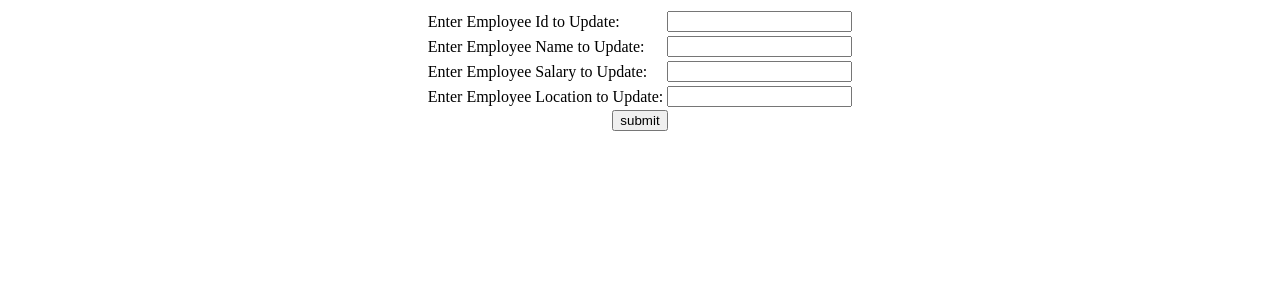
Repository: mounikagunda/corejavaproject
Page: project2/WebContent/update.html
These files come from the project's save history. The page is drawn as it stood at one moment and after the next save; the edit follows.
The browser window is 1280 px wide. The pictures show the whole page.

Above is the page before, as saved 2016-12-16 04:29:26.

After the next save:
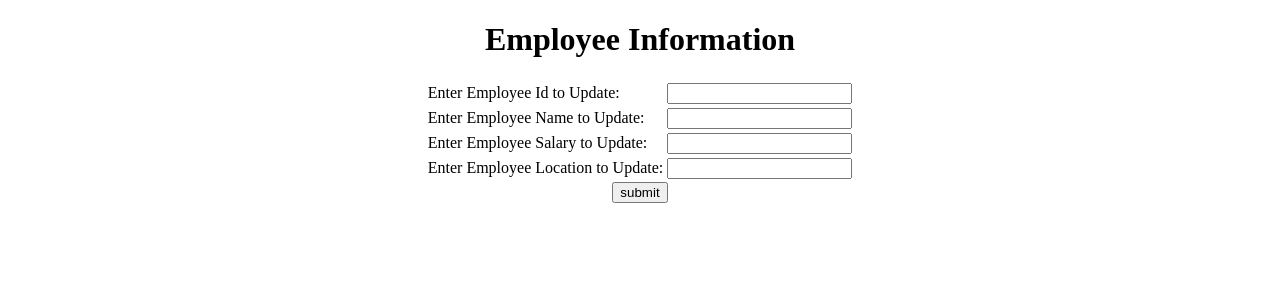
Saved 43 s later.
--- a/project2/WebContent/update.html
+++ b/project2/WebContent/update.html
@@ -6,6 +6,7 @@
 </head>
 <body style="background-color:White">
 <div align="center">
+<h1>Employee Information</h1>
 <form action="insert" method="post">
 <table>
 <tr>
